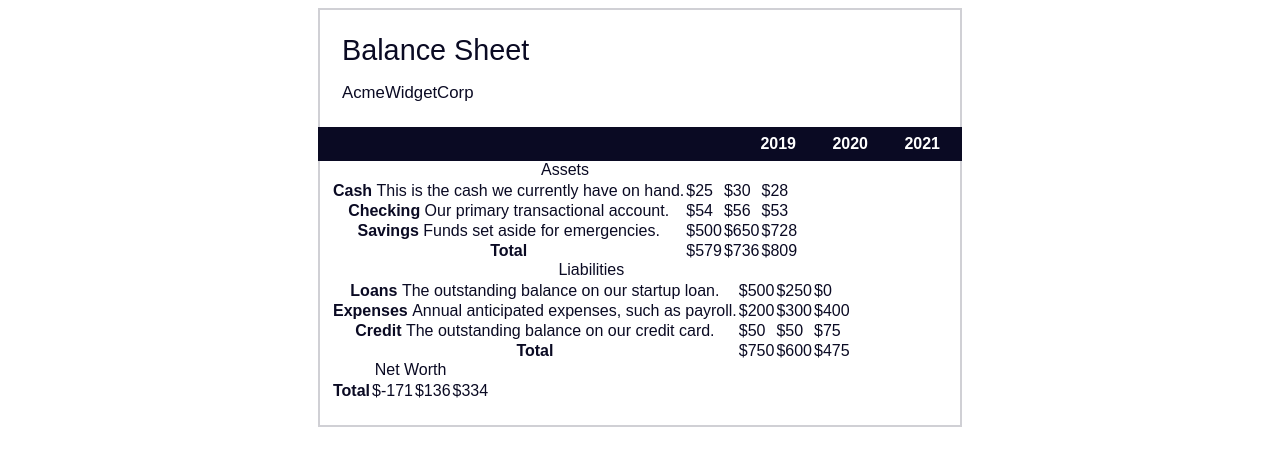
Repository: cipdanila/freeCodeCamp
Page: BalanceSheet/index.html
The author's editor kept a copy of each file at every save. The page is drawn from the files as they stood at one save, then again after the next save.
The browser window is 1280 px wide. The pictures show the whole page.

Above is the page before, as saved 2023-10-19 19:33:17.

### BalanceSheet/index.html
<!DOCTYPE html>
<html lang="en">
    <head>
        <meta charset="UTF-8" />
        <meta name="viewport" content="width=device-width, initial-scale=1.0" />
        <title>Balance Sheet</title>
        <link rel="stylesheet" href="./styles.css" />
    </head>
    <body>
        <main>
            <section>
                <h1>
                    <span class="flex">
                        <span>AcmeWidgetCorp</span>
                        <span>Balance Sheet</span>
                    </span>
                </h1>
                <div id="years" aria-hidden="true">
                    <span class="year">2019</span>
                    <span class="year">2020</span>
                    <span class="year">2021</span>
                </div>
                <div class="table-wrap">
                    <table>
                        <caption>
                            Assets
                        </caption>
                        <thead>
                            <tr>
                                <td></td>
                                <th><span class="sr-only year">2019</span></th>
                                <th><span class="sr-only year">2020</span></th>
                                <th class="current">
                                    <span class="sr-only year">2021</span>
                                </th>
                            </tr>
                        </thead>
                        <tbody>
                            <tr class="data">
                                <th>
                                    Cash
                                    <span class="description"
                                        >This is the cash we currently have on
                                        hand.</span
                                    >
                                </th>
                                <td>$25</td>
                                <td>$30</td>
                                <td class="current">$28</td>
                            </tr>
                            <tr class="data">
                                <th>
                                    Checking
                                    <span class="description"
                                        >Our primary transactional
                                        account.</span
                                    >
                                </th>
                                <td>$54</td>
                                <td>$56</td>
                                <td class="current">$53</td>
                            </tr>
                            <tr class="data">
                                <th>
                                    Savings
                                    <span class="description"
                                        >Funds set aside for emergencies.</span
                                    >
                                </th>
                                <td>$500</td>
                                <td>$650</td>
                                <td class="current">$728</td>
                            </tr>
                            <tr class="total">
                                <th>
                                    Total <span class="sr-only">Assets</span>
                                </th>
                                <td>$579</td>
                                <td>$736</td>
                                <td class="current">$809</td>
                            </tr>
                        </tbody>
                    </table>
                    <table>
                        <caption>
                            Liabilities
                        </caption>
                        <thead>
                            <tr>
                                <td></td>
                                <th><span class="sr-only">2019</span></th>
                                <th><span class="sr-only">2020</span></th>
                                <th><span class="sr-only">2021</span></th>
                            </tr>
                        </thead>
                        <tbody>
                            <tr class="data">
                                <th>
                                    Loans
                                    <span class="description"
                                        >The outstanding balance on our startup
                                        loan.</span
                                    >
                                </th>
                                <td>$500</td>
                                <td>$250</td>
                                <td class="current">$0</td>
                            </tr>
                            <tr class="data">
                                <th>
                                    Expenses
                                    <span class="description"
                                        >Annual anticipated expenses, such as
                                        payroll.</span
                                    >
                                </th>
                                <td>$200</td>
                                <td>$300</td>
                                <td class="current">$400</td>
                            </tr>
                            <tr class="data">
                                <th>
                                    Credit
                                    <span class="description"
                                        >The outstanding balance on our credit
                                        card.</span
                                    >
                                </th>
                                <td>$50</td>
                                <td>$50</td>
                                <td class="current">$75</td>
                            </tr>
                            <tr class="total">
                                <th>
                                    Total
                                    <span class="sr-only">Liabilities</span>
                                </th>
                                <td>$750</td>
                                <td>$600</td>
                                <td class="current">$475</td>
                            </tr>
                        </tbody>
                    </table>
                    <table>
                        <caption>
                            Net Worth
                        </caption>
                        <thead>
                            <tr>
                                <td></td>
                                <th><span class="sr-only">2019</span></th>
                                <th><span class="sr-only">2020</span></th>
                                <th><span class="sr-only">2021</span></th>
                            </tr>
                        </thead>
                        <tbody>
                            <tr class="total">
                                <th>
                                    Total <span class="sr-only">Net Worth</span>
                                </th>
                                <td>$-171</td>
                                <td>$136</td>
                                <td class="current">$334</td>
                            </tr>
                        </tbody>
                    </table>
                </div>
            </section>
        </main>
    </body>
</html>

### BalanceSheet/styles.css
html {
    box-sizing: border-box;
}

body {
    font-family: sans-serif;
    color: #0a0a23;
}

span[class~="sr-only"] {    /* select any span element whose class are "sr-only" */
    border: 0 !important;
    clip: rect(1px, 1px, 1px, 1px) !important; /* define the visible portions of an element */
    clip-path: inset(50%) !important;          /* determines the shape clip property should take */
    width: 1px !important;
    height: 1px !important;
    overflow: hidden !important;
    white-space: nowrap !important;
    position: absolute !important;
    padding: 0 !important;
    margin: -1px !important;
}

h1 {
    max-width: 37.25rem;
    margin: 0 auto;
    padding: 1.5rem 1.25rem;
}

h1 .flex {
    display: flex;
    flex-direction: column-reverse;
    gap: 1rem;
}

h1 .flex span:first-of-type {           /* target the first element that matches the selector */
                                        /* since span elements are reversed, it will apply to second element */
    font-size: 0.7em;                   /* make the font to look like a sub-header */
}

h1 .flex span:last-of-type {            /* target the last element that matches the selector */
    font-size: 1.2em;                   /* make the font to look like a header */
}

section {
    max-width: 40rem;                   /* for responsive design */
    margin: 0 auto;                     /* center it */
    border: 2px solid #d0d0d5;
}

#years {
    display: flex;
    justify-content: flex-end;
    position: sticky;
    top: 0;
    color: #fff;
    background-color: #0a0a23;
    padding: 0.5rem calc(1.25rem + 2px) 0.5rem 0;   /* calculate right padding */
    margin: 0 -2px;
    z-index: 999;
}

#years span[class] {                    /* target any span element that has a class attribute */
    font-weight: bold;
    width: 4.5rem;
    text-align: right;
}

.table-wrap {
    padding: 0 0.75rem 1.5rem 0.75rem;
}

span {
    font-weight: normal;
}

table {
    border-collapse: collapse;
    border: 0;

}

After the next save:
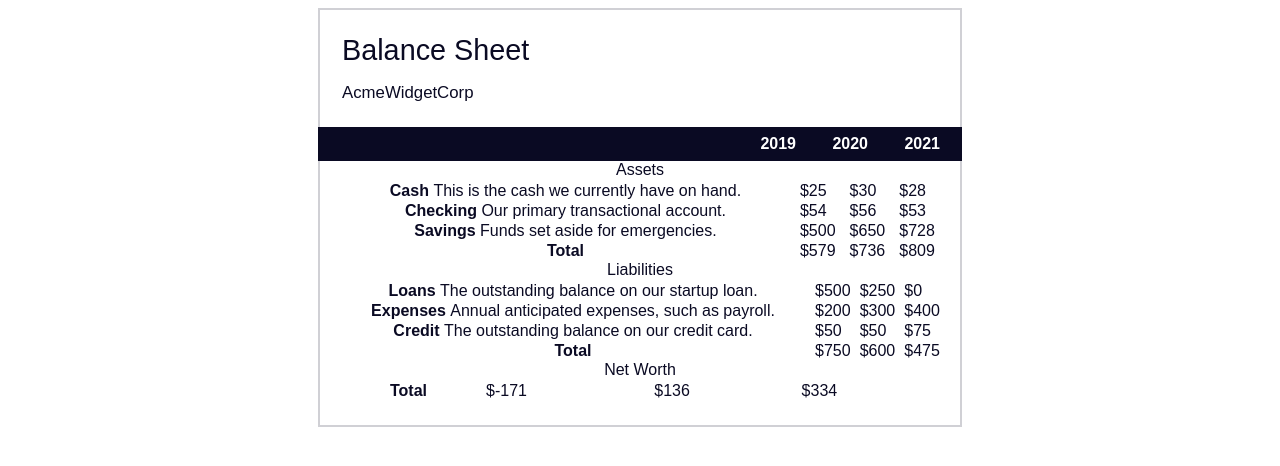
Saved 11 s later.
--- a/BalanceSheet/styles.css
+++ b/BalanceSheet/styles.css
@@ -76,5 +76,6 @@
 table {
     border-collapse: collapse;
     border: 0;
-
+    width: 100%;
+    position: relative;
 }
